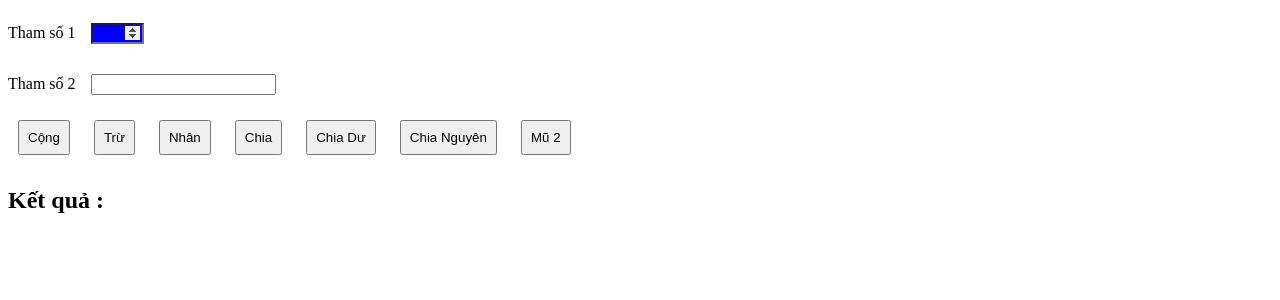
Repository: Toni3498/JsCourse
Page: number/calc.html
These files come from the project's save history. The page is drawn as it stood at one moment and after the next save; the edit follows.
The browser window is 1280 px wide. The pictures show the whole page.
The first visible `.input input` is being pressed.

Above is the page before, as saved 2021-08-17 19:43:16.

### number/calc.html
<!DOCTYPE html>
<html lang="en">
  <head>
    <meta charset="UTF-8" />
    <meta http-equiv="X-UA-Compatible" content="IE=edge" />
    <meta name="viewport" content="width=device-width, initial-scale=1.0" />
    <title>JS-Exercises</title>
    <link href="style.css" rel="stylesheet" />
  </head>

  <body>
    <div class="input">
      <label for="ts1">Tham số 1</label><input type="number" id="ts1" /><br />
      <label for="ts2">Tham số 2</label><input type="number" id="ts2" />
    </div>
    <div class="optionCalc">
      <button id="sum">Cộng</button>
      <button id="sub">Trừ</button>
      <button id="mul">Nhân</button>
      <button id="div">Chia</button>

      <button id="chiaDu">Chia Dư</button>
      <button id="chiaNguyen">Chia Nguyên</button>
      <button id="pow">Mũ 2</button>
    </div>
    <div class="result">
      <h2 style="display: inline-block">Kết quả :</h2>
      <h1 style="display: inline-block" id="kq"></h1>
    </div>

    <script>
      var x = document.getElementById('ts1');
      var y = document.getElementById('ts2');

      //1. Hàm cộng 2 tham số
      function sumNumber() {
        document.getElementById('kq').innerHTML = parseInt(x.value) + parseInt(y.value);
      }
      //Hàm trừ 2 tham số
      function subNumber() {
        document.getElementById('kq').innerHTML = parseInt(x.value) - parseInt(y.value);
      }
      //Hàm nhân 2 tham số
      function multiNumber() {
        document.getElementById('kq').innerHTML = parseInt(x.value) * parseInt(y.value);
      }
      // Hàm chia 2 tham số
      function divNumber() {
        document.getElementById('kq').innerHTML = parseFloat(x.value) / parseFloat(y.value);
      }
      //hàm chia dư 2 tham số
      function chiaDu() {
        document.getElementById('kq').innerHTML = parseInt(x.value) % parseInt(y.value);
      }
      // Hàm chia nguyên 2 tham số (a - a % b) / b;
      function chiaNguyen() {
        document.getElementById('kq').innerHTML =
          (parseInt(x.value) - (parseInt(x.value) % parseInt(y.value))) / parseInt(y.value);
      }
      // Hàm mũ 2 tham số
      function powNumber() {
        document.getElementById('kq').innerHTML = parseInt(x.value) ** parseInt(y.value);
      }

      // EventListener
      document.getElementById('sum').addEventListener('click', sumNumber);
      document.getElementById('sub').addEventListener('click', subNumber);
      document.getElementById('mul').addEventListener('click', multiNumber);
      document.getElementById('div').addEventListener('click', divNumber);
      document.getElementById('chiaDu').addEventListener('click', chiaDu);
      document.getElementById('chiaNguyen').addEventListener('click', chiaNguyen);
      document.getElementById('pow').addEventListener('click', powNumber);
    </script>
  </body>
</html>

### number/style.css
.input input {
  margin: 15px;
}
.optionCalc button {
  margin: 10px;
  padding: 8px;
}
.input input:active {
  background-color: blue;
  width: 45px;
}

After the next save:
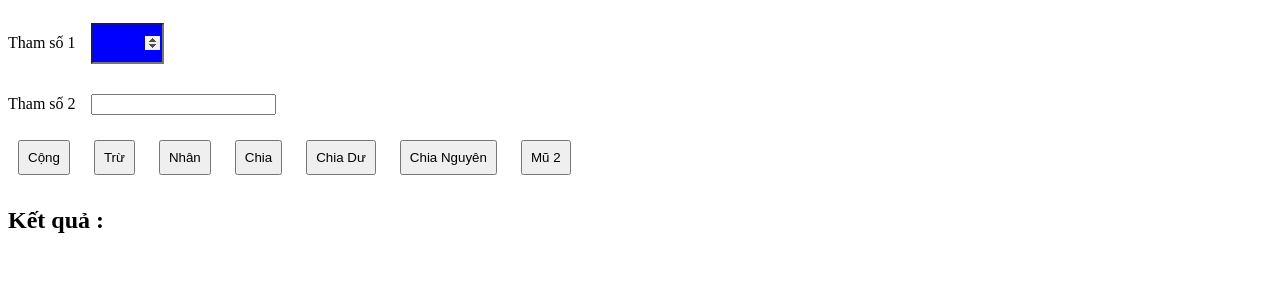
Saved 37 s later.
--- a/number/style.css
+++ b/number/style.css
@@ -5,7 +5,8 @@
   margin: 10px;
   padding: 8px;
 }
-.input input:active {
+.input input:hover {
   background-color: blue;
-  width: 45px;
+  width: 65px;
+  height: 35px;
 }
